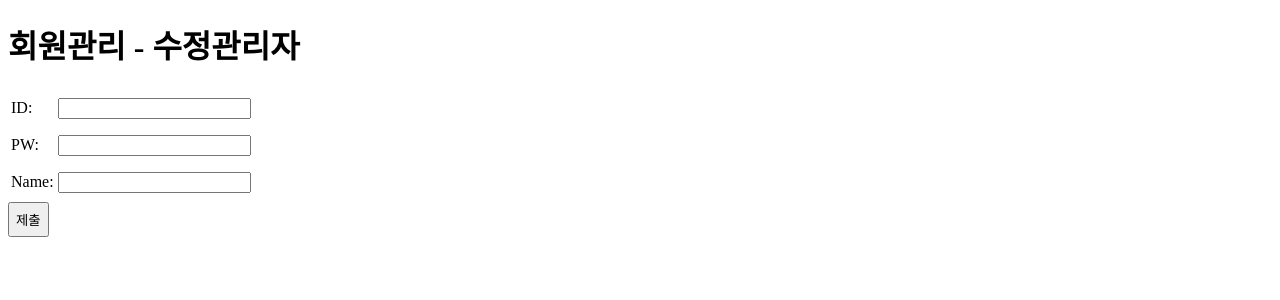
Repository: euniiee/test11
Page: http://localhost/Project/memChange.jsp
These files come from the project's save history. The page is drawn as it stood at one moment and after the next save; the edit follows.
The browser window is 1280 px wide. The pictures show the whole page.
The page is served by Tomcat 9. Other server files are loaded and not shown.

Above is the page before, as saved 2023-02-01 03:24:48.

### Project/WebContent/memChange.jsp
<%@ page language="java" contentType="text/html; charset=UTF-8"
    pageEncoding="UTF-8"%>
<!DOCTYPE html>
<html>
<head>
<meta charset="UTF-8">
<title>Insert title here</title>
<script src="https://code.jquery.com/jquery-3.6.3.js" integrity="sha256-nQLuAZGRRcILA+6dMBOvcRh5Pe310sBpanc6+QBmyVM=" crossorigin="anonymous"></script>
<script>
	$(function() {
		$('.submit').click(function(){
			alert("수정되었습니다.");
		});

	})
</script>
</head>
<body>
	<form style="width:500px">
		<h1>회원관리 - 수정관리자</h1>
		<table>
			<tr style="height:35px;">
				<td>ID:</td>
				<td><input style="width:100%;"type="text" class="id" name="id" readonly></td>
			</tr>
			<tr  style="height:35px;">
				<td>PW:</td>
				<td><input style="width:100%;" type="password" class="pw" name="pw" required></td>
			</tr>
				<tr style="height:35px;">
				<td>Name:</td>
				<td><input style="width:100%;" type="text" class="name" name="name" required></td>
			</tr>
		</table>
			<input class="submit" type="submit" value="제출" style="height:35px; margin-bottom:5px"><br>
	</form>
</body>
</html>

After the next save:
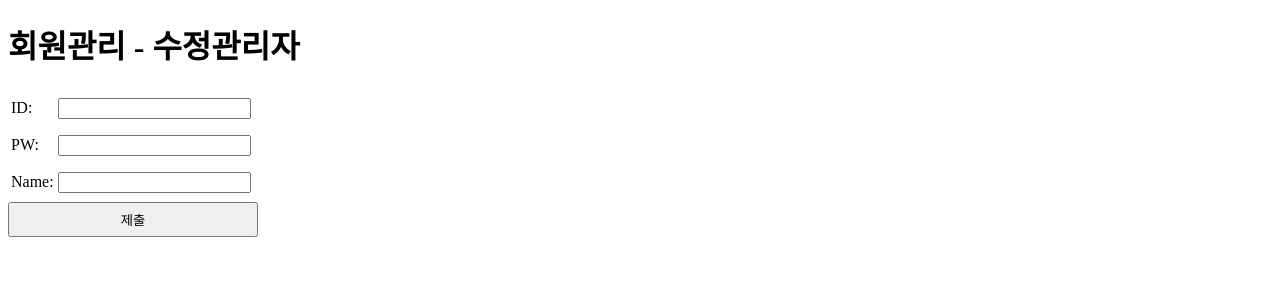
Saved 56 s later.
--- a/Project/WebContent/memChange.jsp
+++ b/Project/WebContent/memChange.jsp
@@ -32,7 +32,7 @@
 				<td><input style="width:100%;" type="text" class="name" name="name" required></td>
 			</tr>
 		</table>
-			<input class="submit" type="submit" value="제출" style="height:35px; margin-bottom:5px"><br>
+			<input class="submit" type="submit" value="제출" style="width:250px; height:35px; margin-bottom:5px"><br>
 	</form>
 </body>
 </html>
